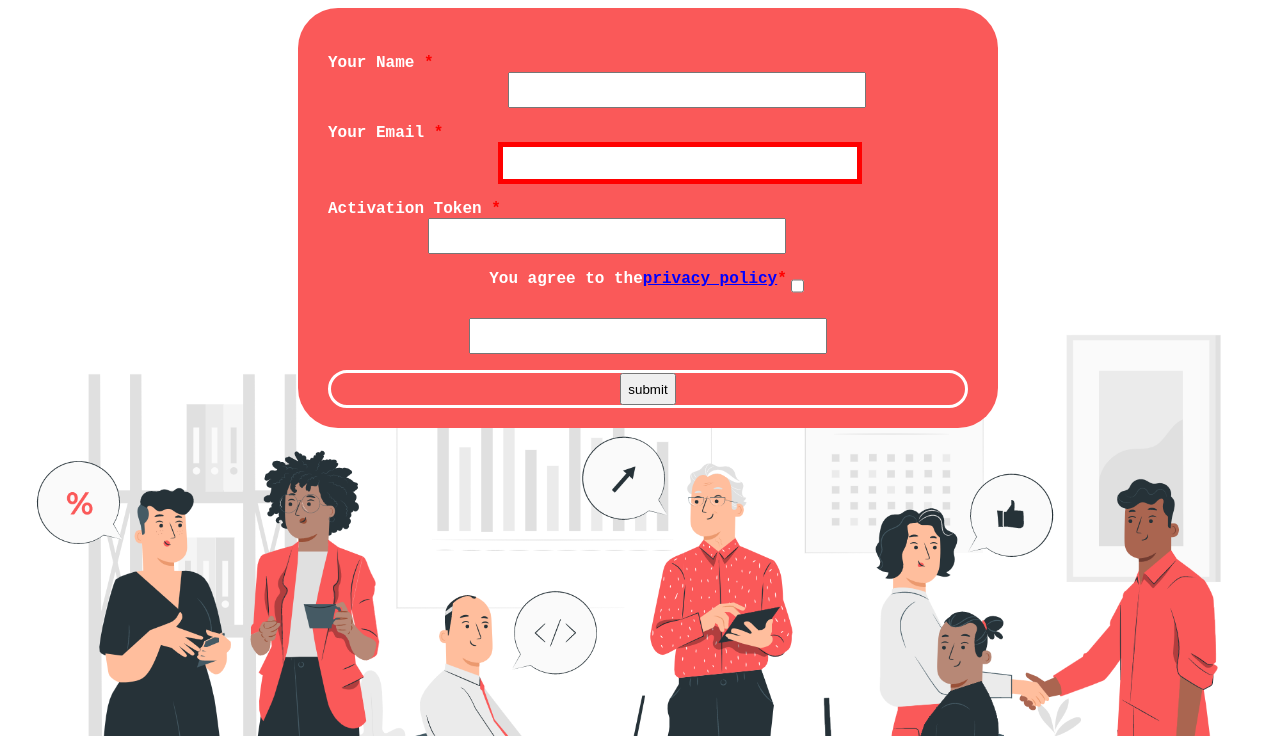
Repository: Rachael4life/Assignment-1
Page: starter-code/src/index.html
These files come from the project's save history. The page is drawn as it stood at one moment and after the next save; the edit follows.
The browser window is 1280 px wide. The page is 1288 px wide, so the pictures cover 1288 px, including what lies to the right of the window. The pictures show the whole page.

Above is the page before, as saved 2022-02-28 06:23:08.

### starter-code/src/index.html
<!DOCTYPE html>
<html lang="en">
<head>
    <meta charset="UTF-8">
    <meta http-equiv="X-UA-Compatible" content="IE=edge">
    <meta name="viewport" content="width=device-width, initial-scale=1.0">
    <link rel="stylesheet" href="style.css">
    <link rel="preconnect" href="https://fonts.googleapis.com">
<link rel="preconnect" href="https://fonts.gstatic.com" crossorigin>
    <link href="https://fonts.googleapis.com/css2?family=Courier+Prime&display=swap" rel="stylesheet">
    <title>Assignment 1</title>
</head>
<body>
    <div id="ramyeon">
        <form class="kimchi">
            <div> <p></p>
                <label for="name">Your Name <span class="asteric">*</span></label>
                <input class="formgroup" type="text" name="name" id="name" placeholder="">
            </div>
            <div> <p></p>
                <label for="email">Your Email <span class="asteric">*</span> </label>
                <input class="formgroup" type="text" name="email" id="email" placeholder="">
            </div>
            <div> <p></p>
                <label for="password">Activation Token <span class="asteric">*</span> </label>
                <input class="formgroup" type="password" name="activation token" id="password" placeholder="">
            </div>
           <p></p>
            <div class="water"><p></p>
                You agree to the <a href="privacy policy" id="privacy"><b> privacy policy</a></b><span class="asteric">*</span> <input type="checkbox">
            </div>
            <p></p>
            <div id="validation"><p></p>
                <label for="validation"></label>
                <input type="text" class="formgroup">
            </div>
            <p></p>
            <div class="gogi"><p></p>
                <button type="button">submit</button>
            </div>
        </form>
    </div>
</body>
</html>

### starter-code/src/style.css
body {
    color: white;
    font-family: 'Courier Prime', monospace;
    width: 100vw;
    height: 100vh;
    background-image: url("img.png");
    background-size: cover;
    background-repeat: no-repeat;
    font-size: 16px;
}
form {
    background-color: #fa5959;
    font-size: 16px;
    width: 50%;
    height: 50%;
    padding: 30px;
    border-radius: 40px;
    font-weight: bold;
}
#name {
    margin-left: 180px;
    height: 30px;
    width: 350px;
}
#email {
    margin-left: 170px;
    height: 30px;
    width: 350px;
}
#password {
    margin-left: 100px;
    height: 30px;
    width: 350px;
}
#ramyeon {
    display: flex;
    justify-content: center;
    align-content: space-between;
    width: 100%;
    height: 100%;
    font-family: 'Courier New', Courier, monospace;
}
#validation {
    align-content: center;
    justify-content: center;
    display: flex;
}
.gogi {
    display: flex;
    justify-content: center;
    align-content:center;
    border-style: solid;
    border-radius: 30px;
    border-color: white;
    background: #fa5959;
    margin: auto;
    font-size: 16px;
    font-family: 'Courier Prime', Courier, monospace;
    font-weight: 500, 700;
    font: bolder;


}
.water {
    align-content: center;
    justify-content: center;
    display:flex;
}
.formgroup {
    width: 350px;
    height: 30px;
}
#email {
    border: 5px solid red;
}
.asteric {
    color: red;
}
#privacy {
    color: blue;
}

After the next save:
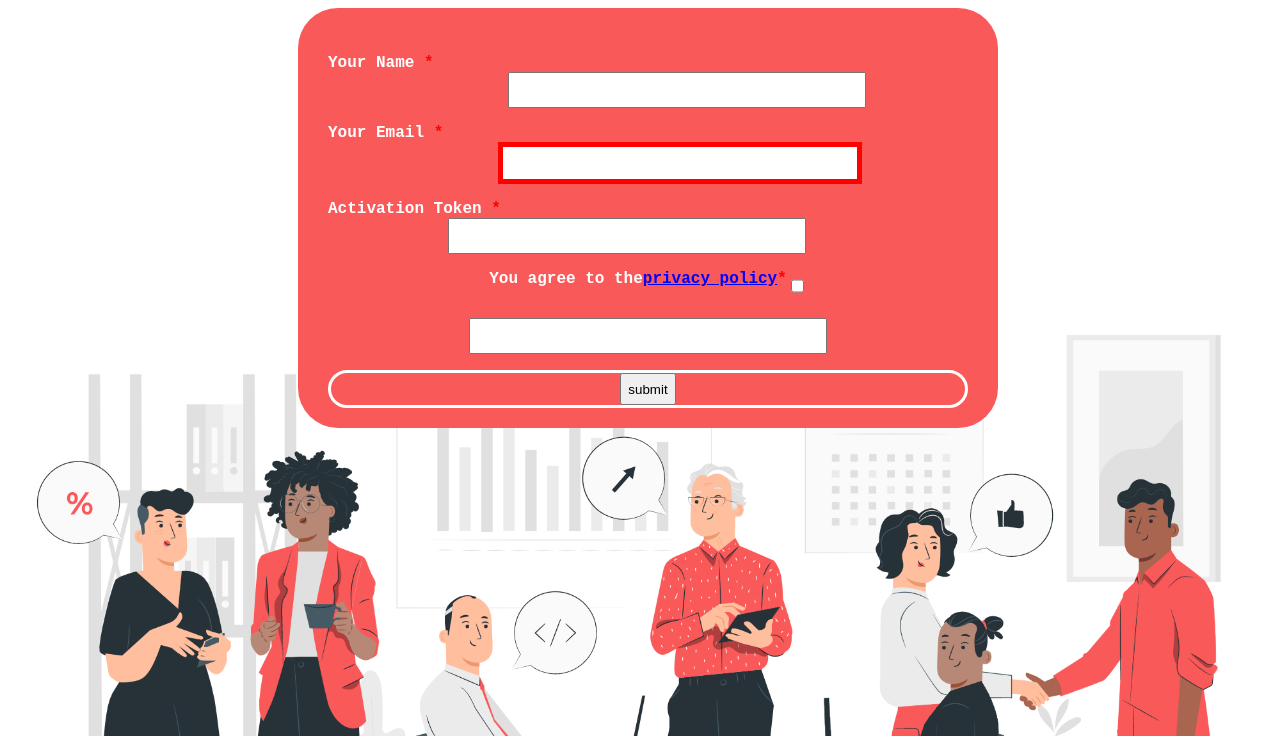
Saved 10 s later.
--- a/starter-code/src/style.css
+++ b/starter-code/src/style.css
@@ -28,7 +28,7 @@ form {
     width: 350px;
 }
 #password {
-    margin-left: 100px;
+    margin-left: 120px;
     height: 30px;
     width: 350px;
 }
